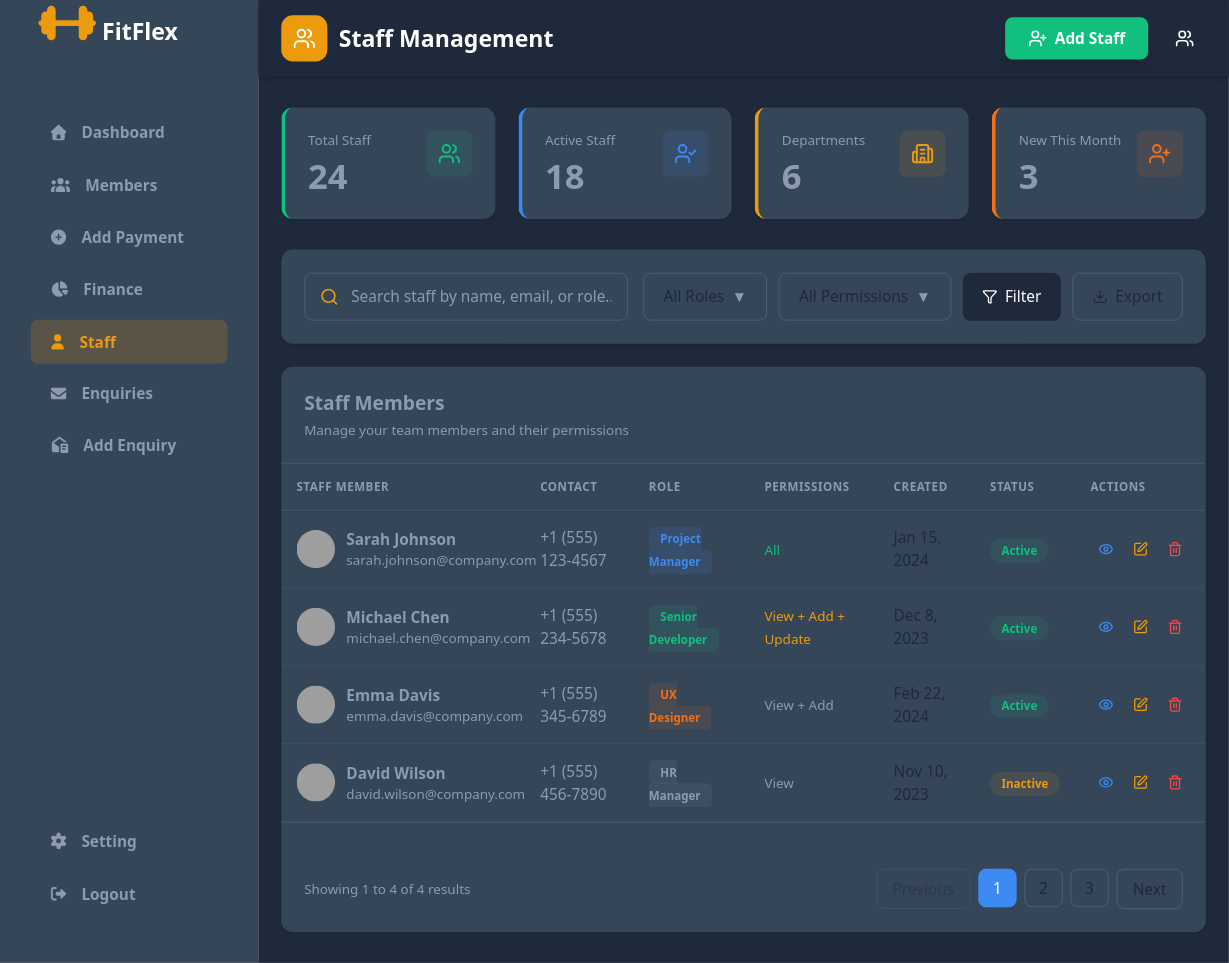
Repository: MuhammadTalhaTaj/gym_management_app_backend
Page: /staff (app in frontend/)
The author's editor kept a copy of each file at every save. The page is drawn from the files as they stood at one save, then again after the next save.
The browser window is 1280 px wide. The pictures show the whole page, at 96% of full size.
Pictures or frames that could not be fetched are drawn as grey boxes. The project was rebuilt for these pictures with package versions that can differ from the ones it lists, and the page was loaded fresh each time. Also part of the build but not shown: frontend/vite.config.ts, frontend/src/assets/styles/AdminHeader.css, frontend/src/Components/AdminHeader.tsx, frontend/src/assets/styles/AdminDashboard.css, frontend/src/hooks/useDashboardData.ts, frontend/src/assets/styles/AdminDashboardStats.css, frontend/src/Components/AdminDashboardStats.tsx, frontend/src/Components/IncomeExpenseChart.tsx and 30 more.

Above is the page before, as saved 2025-11-21 10:05:29.

### frontend/index.html
<!doctype html>
<html lang="en">

<head>
  <meta charset="UTF-8" />
  <link rel="icon" type="image/svg+xml" href="/vite.svg" />
  <meta name="viewport" content="width=device-width, initial-scale=1.0" />
  <title>GymManagement</title>
  <link rel="preconnect" href="https://fonts.googleapis.com" />
  <link rel="preconnect" href="https://fonts.gstatic.com" crossorigin />
  <link rel="stylesheet" href="https://fonts.googleapis.com/css2?family=Roboto:wght@300;400;500;700&display=swap" />

</head>

<body>
  <div id="root"></div>
  <script type="module" src="/src/main.tsx"></script>
</body>

</html>

### frontend/src/index.css
@import "tailwindcss";
:root{
  padding: 0;
  margin: 0;
  box-sizing: border-box;
  --primary-100:#364659;
  --primary-200:#1E293B;
  --primary-300:#8C9BB0;
  --secondary-100: #EC9A0E;
  --secondary-200:#595446;
  --tertiary-100: #F24949;
  --tertiary-100-30: #584252;
  --tertiary-200: #F47117;
  --tertiary-200-30: #5A4B48;
  --tertiary-300: #11BF7F;
  --tertiary-300-30: #2B595E;
  --tertiary-400: #3D8BF2;
  --tertiary-400-30: #344E75;
  --tertiary-500: #94A3B8;
  --tertiary-600: #1E293B;
}
body{
  padding: 0;
  margin: 0;
}
.adminMain{
  display: flex;
  margin: 0;
  justify-content: space-between;
  padding: 0;
  /* border: 2px solid blue; */
}
@media all and (max-width:700px) {
  .adminMain{
    flex-direction: column;
  }
}

### frontend/src/Components/ProtectedRoute.tsx
import React, { useEffect, useState } from "react";
// import { Navigate } from "react-router-dom";
import { apiRequest } from "../config/api";

type Props = {
  children: React.ReactNode;
};

const getStoredToken = (): string | null => {
  return localStorage.getItem("accessToken") || sessionStorage.getItem("accessToken");
};

export default function ProtectedRoute({ children }: Props) {
  const [status, setStatus] = useState<"pending" | "ok" | "unauth">("pending");

  useEffect(() => {
    let mounted = true;

    const token = getStoredToken();
    if (!token) {
      // no token -> immediately unauth
      if (mounted) setStatus("unauth");
      return;
    }

    const validate = async () => {
      try {
        // call backend authenticate endpoint
        const res = await apiRequest<{ success?: boolean; message?: string; userId?: string }>({
          method: "GET",
          endpoint: "/auth/authenticate"
        });

        // backend returns success:true on valid token
        if (mounted && res && (res as any).success === true) {
          setStatus("ok");
        } else {
          // treat missing success flag as unauth
          if (mounted) setStatus("unauth");
        }
      } catch (err) {
        // any error -> unauth
        if (mounted) setStatus("unauth");
      }
    };

    validate();

    return () => { mounted = false; };
  }, []);

  if (status === "pending") {
    // while checking, render nothing (keep UI/layout unchanged)
    return null;
  }

  if (status === "unauth") {
    // clear tokens to ensure clean state, then redirect
    try {
      localStorage.removeItem("accessToken");
      sessionStorage.removeItem("accessToken");
    } catch (e) {
      // ignore
    }
    // return <Navigate to="/login" replace />;
  }

  // auth ok
  return <>{children}</>;
}

### frontend/src/context/AuthContext.tsx
// src/context/AuthContext.tsx (example)
import React, { createContext, useEffect } from "react";
import { onAuthFailure,
  // setAccessToken as storeAccessToken,
   clearTokens } from "../config/auth";
import { useNavigate } from "react-router-dom";

export const AuthContext = createContext<any>(null);

export const AuthProvider: React.FC<{children:any}> = ({ children }) => {
  const navigate = useNavigate();

  useEffect(() => {
    onAuthFailure(() => {
      // clear local tokens and redirect to login
      clearTokens();
      navigate("/login");
    });
  }, [navigate]);

  return <AuthContext.Provider value={{}}>{children}</AuthContext.Provider>;
};

### frontend/src/pages/Admin/Staff.tsx
import React, { useState } from 'react';
import { Search, Download, Filter, Eye, Edit, Trash2, UserPlus, Users, UserCheck, Building2 } from 'lucide-react';

// Mock data file simulation
const staffData = [
  {
    id: 1,
    name: 'Sarah Johnson',
    email: 'sarah.johnson@company.com',
    phone: '+1 (555) 123-4567',
    role: 'Project Manager',
    permissions: 'All',
    created: 'Jan 15, 2024',
    status: 'Active',
    avatar: 'https://i.pravatar.cc/150?img=1'
  },
  {
    id: 2,
    name: 'Michael Chen',
    email: 'michael.chen@company.com',
    phone: '+1 (555) 234-5678',
    role: 'Senior Developer',
    permissions: 'View + Add + Update',
    created: 'Dec 8, 2023',
    status: 'Active',
    avatar: 'https://i.pravatar.cc/150?img=2'
  },
  {
    id: 3,
    name: 'Emma Davis',
    email: 'emma.davis@company.com',
    phone: '+1 (555) 345-6789',
    role: 'UX Designer',
    permissions: 'View + Add',
    created: 'Feb 22, 2024',
    status: 'Active',
    avatar: 'https://i.pravatar.cc/150?img=3'
  },
  {
    id: 4,
    name: 'David Wilson',
    email: 'david.wilson@company.com',
    phone: '+1 (555) 456-7890',
    role: 'HR Manager',
    permissions: 'View',
    created: 'Nov 10, 2023',
    status: 'Inactive',
    avatar: 'https://i.pravatar.cc/150?img=4'
  }
];

const statsData = [
  { label: 'Total Staff', value: 24, icon: Users, color: 'bg-[#11BF7F]/10', iconColor: 'text-[#11BF7F]', borderColor: 'border-l-[#11BF7F]' },
  { label: 'Active Staff', value: 18, icon: UserCheck, color: 'bg-[#3D8BF2]/10', iconColor: 'text-[#3D8BF2]', borderColor: 'border-l-[#3D8BF2]' },
  { label: 'Departments', value: 6, icon: Building2, color: 'bg-[#EC9A0E]/10', iconColor: 'text-[#EC9A0E]', borderColor: 'border-l-[#EC9A0E]' },
  { label: 'New This Month', value: 3, icon: UserPlus, color: 'bg-[#F27117]/10', iconColor: 'text-[#F27117]', borderColor: 'border-l-[#F27117]' }
];

// Components
const StatCard = ({ stat }) => {
  const Icon = stat.icon;
  return (
    <div className={`bg-[var(--primary-100)] rounded-xl p-6 border-l-4 ${stat.borderColor} shadow-sm hover:shadow-md transition-shadow`}>
      <div className="flex items-start justify-between">
        <div>
          <p className="text-[#8C9BB0] text-sm font-medium mb-2">{stat.label}</p>
          <h3 className="text-[var(--primary-300)] text-4xl font-bold">{stat.value}</h3>
        </div>
        <div className={`${stat.color} ${stat.iconColor} p-3 rounded-lg`}>
          <Icon className="w-6 h-6" />
        </div>
      </div>
    </div>
  );
};

const SearchBar = ({ value, onChange }) => (
  <div className="relative flex-1 max-w-md">
    <Search className="absolute left-4 top-1/2 -translate-y-1/2 w-5 h-5 text-[var(--secondary-100)]" />
    <input
      type="text"
      value={value}
      onChange={(e) => onChange(e.target.value)}
      placeholder="Search staff by name, email, or role..."
      className="w-full pl-12 pr-4 py-3 rounded-lg border border-[#8C9BB0]/30 focus:outline-none focus:ring-2 focus:ring-[#3D8BF2] focus:border-transparent text-[var(--primary-300)] placeholder:text-[var(--primary-300)]"
    />
  </div>
);

const FilterButton = ({ children, onClick }) => (
  <button
    onClick={onClick}
    className="px-5 py-3 rounded-lg border border-[#8C9BB0]/30 text-[#1E293B] font-medium hover:bg-[#F8FAFC] transition-colors flex items-center gap-2"
  >
    {children}
  </button>
);

const ActionButton = ({ icon: Icon, onClick, variant = 'default' }) => {
  const colors = {
    view: 'text-[#3D8BF2] hover:bg-[#3D8BF2]/10',
    edit: 'text-[#EC9A0E] hover:bg-[#EC9A0E]/10',
    delete: 'text-[#F24949] hover:bg-[#F24949]/10'
  };

  return (
    <button
      onClick={onClick}
      className={`p-2 rounded-lg transition-colors ${colors[variant]}`}
    >
      <Icon className="w-4 h-4" />
    </button>
  );
};

const StatusBadge = ({ status }) => {
  const isActive = status === 'Active';
  return (
    <span className={`px-3 py-1 rounded-full text-xs font-semibold ${
      isActive
        ? 'bg-[#11BF7F]/10 text-[#11BF7F]'
        : 'bg-[#EC9A0E]/10 text-[#EC9A0E]'
    }`}>
      {status}
    </span>
  );
};

const RoleBadge = ({ role }) => {
  const colors = {
    'Project Manager': 'bg-[#3D8BF2]/10 text-[#3D8BF2]',
    'Senior Developer': 'bg-[#11BF7F]/10 text-[#11BF7F]',
    'UX Designer': 'bg-[#F27117]/10 text-[#F27117]',
    'HR Manager': 'bg-[#8C9BB0]/10 text-[#8C9BB0]'
  };

  return (
    <span className={`px-3 py-1 rounded-md text-xs font-semibold ${colors[role] || 'bg-gray-100 text-gray-700'}`}>
      {role}
    </span>
  );
};

const PermissionBadge = ({ permissions }) => {
  const getColor = () => {
    if (permissions === 'All') return 'text-[#11BF7F]';
    if (permissions.includes('Update')) return 'text-[#EC9A0E]';
    if (permissions.includes('Add')) return 'text-[#8C9BB0]';
    return 'text-[#8C9BB0]';
  };

  return (
    <span className={`text-sm font-medium ${getColor()}`}>
      {permissions}
    </span>
  );
};

const StaffTable = ({ data, onView, onEdit, onDelete }) => (
  <div className="overflow-x-auto">
    <table className="w-full">
      <thead>
        <tr className="border-b border-[#8C9BB0]/20">
          <th className="text-left py-4 px-4 text-xs font-semibold text-[var(--primary-300)] uppercase tracking-wider">Staff Member</th>
          <th className="text-left py-4 px-4 text-xs font-semibold text-[var(--primary-300)] uppercase tracking-wider">Contact</th>
          <th className="text-left py-4 px-4 text-xs font-semibold text-[var(--primary-300)] uppercase tracking-wider">Role</th>
          <th className="text-left py-4 px-4 text-xs font-semibold text-[var(--primary-300)] uppercase tracking-wider">Permissions</th>
          <th className="text-left py-4 px-4 text-xs font-semibold text-[var(--primary-300)] uppercase tracking-wider">Created</th>
          <th className="text-left py-4 px-4 text-xs font-semibold text-[var(--primary-300)] uppercase tracking-wider">Status</th>
          <th className="text-left py-4 px-4 text-xs font-semibold text-[var(--primary-300)] uppercase tracking-wider">Actions</th>
        </tr>
      </thead>
      <tbody>
        {data.map((staff) => (
          <tr key={staff.id} className="border-b border-[#8C9BB0]/10 hover:bg-[var(--primary-200)] transition-colors">
            <td className="py-4 px-4">
              <div className="flex items-center gap-3">
                <img src={staff.avatar} alt={staff.name} className="w-10 h-10 rounded-full object-cover" />
                <div>
                  <p className="font-semibold text-[var(--primary-300)]">{staff.name}</p>
                  <p className="text-sm text-[var(--primary-300)]">{staff.email}</p>
                </div>
              </div>
            </td>
            <td className="py-4 px-4 text-[var(--primary-300)]">{staff.phone}</td>
            <td className="py-4 px-4">
              <RoleBadge role={staff.role} />
            </td>
            <td className="py-4 px-4">
              <PermissionBadge permissions={staff.permissions} />
            </td>
            <td className="py-4 px-4 text-[#1E293B]">{staff.created}</td>
            <td className="py-4 px-4">
              <StatusBadge status={staff.status} />
            </td>
            <td className="py-4 px-4">
              <div className="flex items-center gap-1">
                <ActionButton icon={Eye} onClick={() => onView(staff.id)} variant="view" />
                <ActionButton icon={Edit} onClick={() => onEdit(staff.id)} variant="edit" />
                <ActionButton icon={Trash2} onClick={() => onDelete(staff.id)} variant="delete" />
              </div>
            </td>
          </tr>
        ))}
      </tbody>
    </table>
  </div>
);

const Pagination = ({ currentPage, totalPages, onPageChange }) => (
  <div className="flex items-center justify-between mt-6">
    <p className="text-sm text-[#8C9BB0]">
      Showing 1 to 4 of {staffData.length} results
    </p>
    <div className="flex gap-2">
      <button
        onClick={() => onPageChange(currentPage - 1)}
        disabled={currentPage === 1}
        className="px-4 py-2 rounded-lg border border-[#8C9BB0]/30 text-[#1E293B] font-medium hover:bg-[#F8FAFC] disabled:opacity-50 disabled:cursor-not-allowed transition-colors"
      >
        Previous
      </button>
      {[...Array(totalPages)].map((_, i) => (
        <button
          key={i + 1}
          onClick={() => onPageChange(i + 1)}
          className={`w-10 h-10 rounded-lg font-medium transition-colors ${
            currentPage === i + 1
              ? 'bg-[#3D8BF2] text-white'
              : 'border border-[#8C9BB0]/30 text-[#1E293B] hover:bg-[#F8FAFC]'
          }`}
        >
          {i + 1}
        </button>
      ))}
      <button
        onClick={() => onPageChange(currentPage + 1)}
        disabled={currentPage === totalPages}
        className="px-4 py-2 rounded-lg border border-[#8C9BB0]/30 text-[#1E293B] font-medium hover:bg-[#F8FAFC] disabled:opacity-50 disabled:cursor-not-allowed transition-colors"
      >
        Next
      </button>
    </div>
  </div>
);

// Main Component
const Staff = () => {
  const [searchTerm, setSearchTerm] = useState('');
  const [currentPage, setCurrentPage] = useState(1);
  const [selectedRole, setSelectedRole] = useState('All Roles');
  const [selectedPermission, setSelectedPermission] = useState('All Permissions');

  const filteredData = staffData.filter(staff =>
    staff.name.toLowerCase().includes(searchTerm.toLowerCase()) ||
    staff.email.toLowerCase().includes(searchTerm.toLowerCase()) ||
    staff.role.toLowerCase().includes(searchTerm.toLowerCase())
  );

  const handleView = (id) => console.log('View staff:', id);
  const handleEdit = (id) => console.log('Edit staff:', id);
  const handleDelete = (id) => console.log('Delete staff:', id);

  return (
    <div className="min-h-screen bg-[var(--primary-200)]">
      {/* Header */}
      <header className="bg-[var(--primary-200)] shadow-md">
        <div className="max-w-[1600px] mx-auto px-6 py-4 flex items-center justify-between">
          <div className="flex items-center gap-3">
            <div className="bg-[var(--secondary-100)] p-3 rounded-xl">
              <Users className="w-6 h-6 text-white" />
            </div>
            <h1 className="text-white text-2xl font-bold">Staff Management</h1>
          </div>
          <div className="flex items-center gap-4">
            <button className="bg-[#11BF7F] hover:bg-[#11BF7F]/90 text-white px-6 py-2.5 rounded-lg font-semibold flex items-center gap-2 transition-colors shadow-lg">
              <UserPlus className="w-5 h-5" />
              Add Staff
            </button>
            <button className="bg-[#1E293B] hover:bg-[#1E293B]/90 text-white w-11 h-11 rounded-lg flex items-center justify-center transition-colors">
              <Users className="w-5 h-5" />
            </button>
          </div>
        </div>
      </header>

      {/* Main Content */}
      <main className="max-w-[1600px] mx-auto px-6 py-8">
        {/* Stats Grid */}
        <div className="grid grid-cols-1 md:grid-cols-2 lg:grid-cols-4 gap-6 mb-8">
          {statsData.map((stat, index) => (
            <StatCard key={index} stat={stat} />
          ))}
        </div>

        {/* Filters Section */}
        <div className="bg-[var(--primary-100)] rounded-xl shadow-sm p-6 mb-6">
          <div className="flex flex-col lg:flex-row gap-4 items-start lg:items-center">
            <SearchBar value={searchTerm} onChange={setSearchTerm} />
            <div className="flex flex-wrap gap-3">
              <FilterButton>
                {selectedRole}
                <span className="text-[#8C9BB0]">▼</span>
              </FilterButton>
              <FilterButton>
                {selectedPermission}
                <span className="text-[#8C9BB0]">▼</span>
              </FilterButton>
              <button className="px-5 py-3 rounded-lg bg-[#1E293B] text-white font-medium hover:bg-[#1E293B]/90 transition-colors flex items-center gap-2">
                <Filter className="w-4 h-4" />
                Filter
              </button>
              <button className="px-5 py-3 rounded-lg border border-[#8C9BB0]/30 text-[#1E293B] font-medium hover:bg-[#F8FAFC] transition-colors flex items-center gap-2">
                <Download className="w-4 h-4" />
                Export
              </button>
            </div>
          </div>
        </div>

        {/* Staff Table */}
        <div className="bg-[var(--primary-100)] rounded-xl shadow-sm overflow-hidden">
          <div className="p-6 border-b border-[#8C9BB0]/20">
            <h2 className="text-xl font-bold text-[var(--primary-300)]">Staff Members</h2>
            <p className="text-[var(--primary-300)] text-sm mt-1">Manage your team members and their permissions</p>
          </div>

          <StaffTable
            data={filteredData}
            onView={handleView}
            onEdit={handleEdit}
            onDelete={handleDelete}
          />

          <div className="p-6 border-t border-[#8C9BB0]/20">
            <Pagination
              currentPage={currentPage}
              totalPages={3}
              onPageChange={setCurrentPage}
            />
          </div>
        </div>
      </main>
    </div>
  );
};

export default Staff;

### frontend/src/config/auth.ts
// src/config/auth.ts
const ACCESS_TOKEN_KEY = "accessToken";

/**
 * Read access token (prefers localStorage, fallbacks to sessionStorage)
 */
export function readAccessToken(): string | null {
  return localStorage.getItem(ACCESS_TOKEN_KEY) || sessionStorage.getItem(ACCESS_TOKEN_KEY);
}

/**
 * Store access token.
 * If `persist` true -> save to localStorage, otherwise sessionStorage.
 */
export function setAccessToken(token: string | null, persist = true) {
  if (!token) {
    localStorage.removeItem(ACCESS_TOKEN_KEY);
    sessionStorage.removeItem(ACCESS_TOKEN_KEY);
    return;
  }
  if (persist) {
    localStorage.setItem(ACCESS_TOKEN_KEY, token);
    sessionStorage.removeItem(ACCESS_TOKEN_KEY);
  } else {
    sessionStorage.setItem(ACCESS_TOKEN_KEY, token);
    localStorage.removeItem(ACCESS_TOKEN_KEY);
  }
}

/**
 * Clear tokens
 */
export function clearTokens() {
  localStorage.removeItem(ACCESS_TOKEN_KEY);
  sessionStorage.removeItem(ACCESS_TOKEN_KEY);
}

/**
 * Call refresh endpoint to obtain a fresh access token.
 * Note: This request includes credentials because your backend may store refresh token in an httpOnly cookie.
 */
let AUTH_BASE_URL = (import.meta.env.VITE_API_URL || "http://localhost:4000").replace(/\/$/, "");

export async function refreshAccessToken(): Promise<string> {
  const url = `${AUTH_BASE_URL}/auth/refreshToken`;

  const res = await fetch(url, {
    method: "POST",
    // include cookies to allow the server to find httpOnly refresh cookie
    credentials: "include",
    headers: {
      "Content-Type": "application/json"
    },
    // no body needed because your server reads cookie/header
  });

  // If server returns non-JSON or non-ok, try to parse but handle gracefully
  let data: any = {};
  try {
    data = await res.json();
  } catch (e) {
    // ignore parse error
  }

  if (!res.ok) {
    // throw useful error with body message if present
    const message = data?.message || `Failed to refresh access token (status ${res.status})`;
    throw new Error(message);
  }

  if (!data?.accessToken) {
    throw new Error("Refresh succeeded but no accessToken returned");
  }

  // store returned token (persist behavior up to you; default persist)
  setAccessToken(data.accessToken, true);
  return data.accessToken;
}

/**
 * App-level callback when refresh fails (e.g., redirect to /login)
 */
let authFailureHandler: (() => void) | null = null;
export function onAuthFailure(handler: () => void) {
  authFailureHandler = handler;
}
export function callAuthFailureHandler() {
  if (typeof authFailureHandler === "function") authFailureHandler();
}

Loaded but not shown: frontend/src/main.tsx (common file); frontend/src/Components/AdminSidebar.tsx (181 lines, source omitted); frontend/src/config/api.ts (123 lines, source omitted); frontend/src/App.tsx (71 lines, source omitted); frontend/src/assets/styles/AdminSidebar.css (138 lines, source omitted); frontend/src/pages/Admin/AddStaff.tsx (no stored copy; drawn as an empty file)

After the next save:
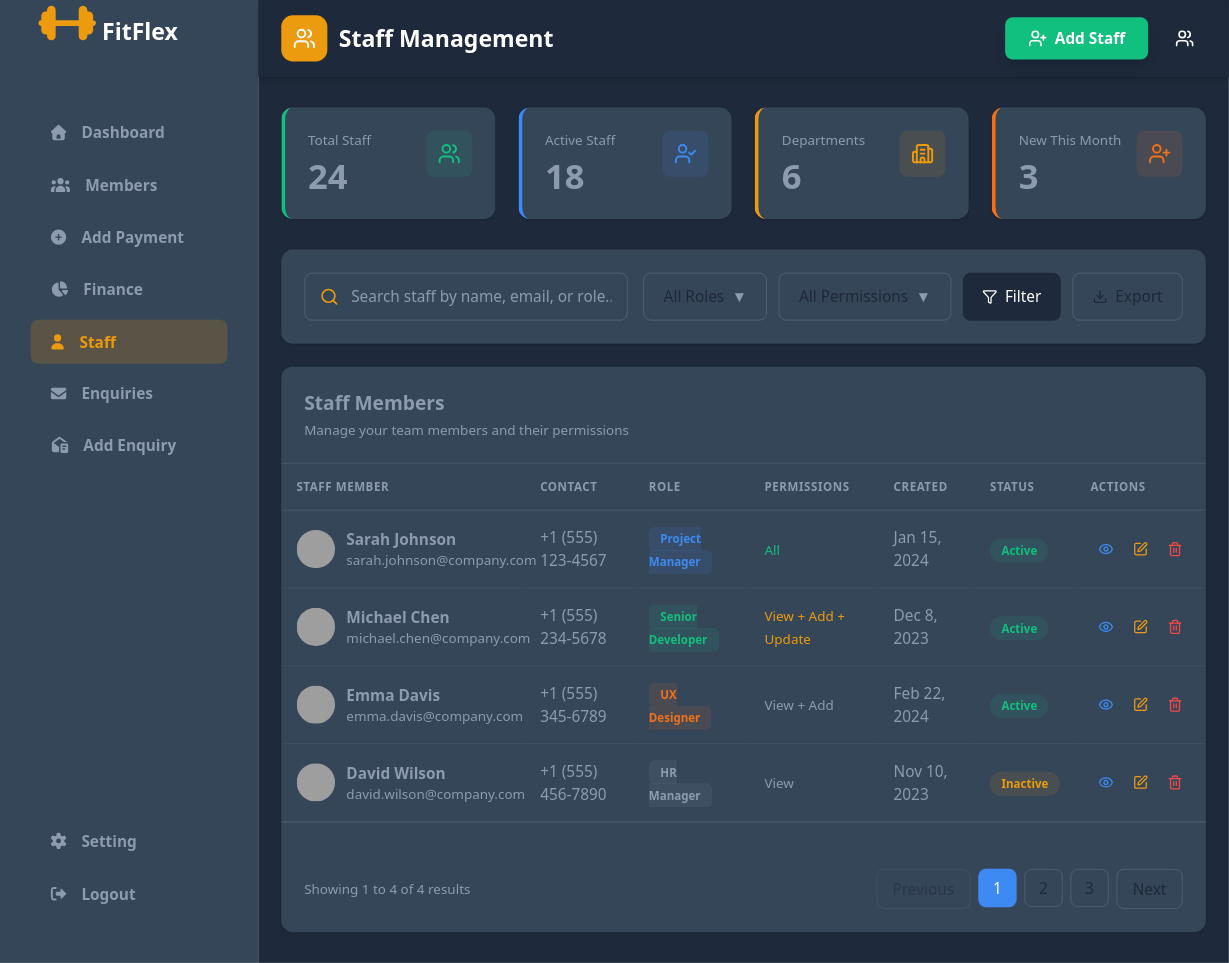
Saved 12 s later.
--- a/frontend/src/pages/Admin/Staff.tsx
+++ b/frontend/src/pages/Admin/Staff.tsx
@@ -189,7 +189,7 @@ const StaffTable = ({ data, onView, onEdit, onDelete }) => (
             <td className="py-4 px-4">
               <PermissionBadge permissions={staff.permissions} />
             </td>
-            <td className="py-4 px-4 text-[#1E293B]">{staff.created}</td>
+            <td className="py-4 px-4 text-[var(--primary-300)]">{staff.created}</td>
             <td className="py-4 px-4">
               <StatusBadge status={staff.status} />
             </td>
